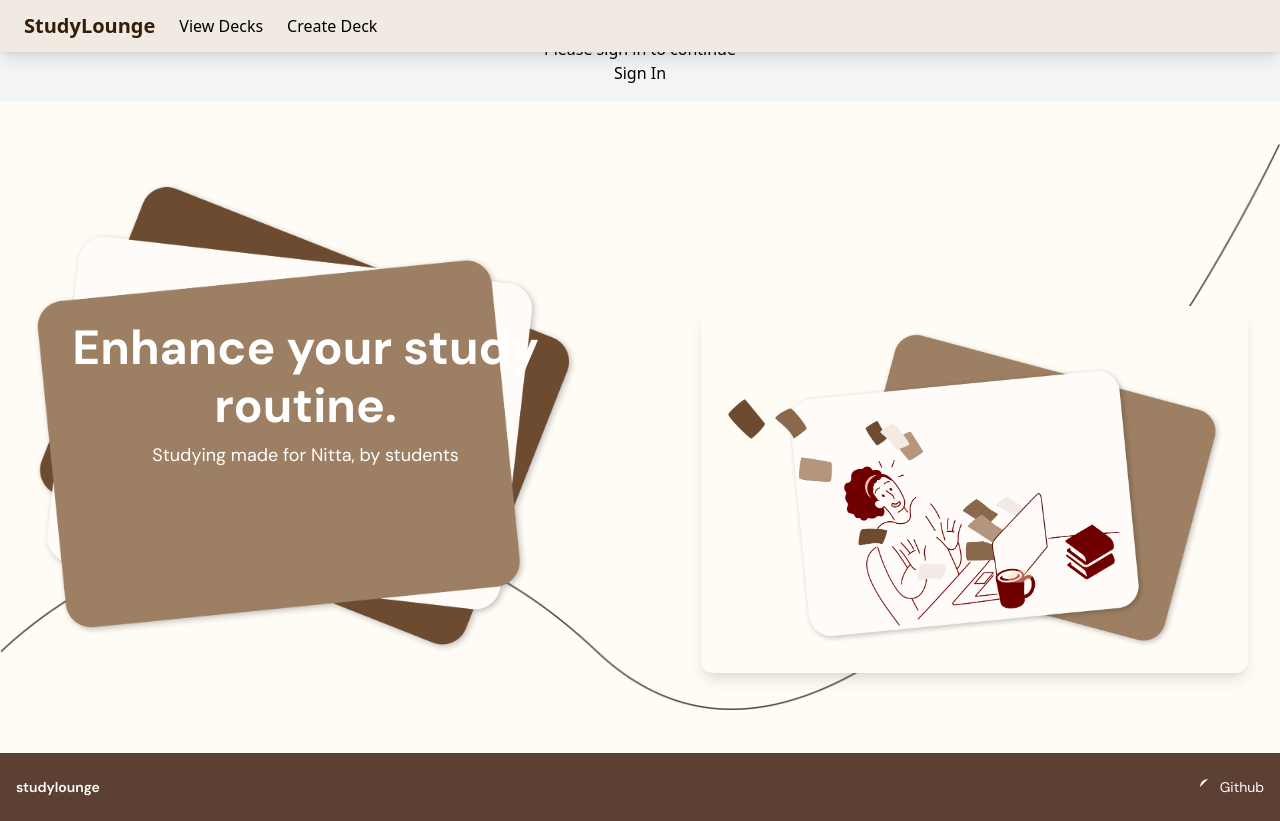
Repository: greg-chang/flashcard-website
Page: / (app in frontend/)
The author's editor kept a copy of each file at every save. The page is drawn from the files as they stood at one save, then again after the next save.
The browser window is 1280 px wide. The pictures show the whole page.
Pictures or frames that could not be fetched are drawn as grey boxes. The page's requests for data from a server got no answer. The project was rebuilt for these pictures with package versions that can differ from the ones it lists, and the page was loaded fresh each time. Some packages were replaced by stand-ins written for this rebuild. The framework's server and built-in components were replaced by stand-ins that run in the browser. No one was signed in, and anything a server would have sent is missing. Also part of the build but not shown: frontend/next.config.ts, frontend/src/components/CardComponent.tsx, frontend/src/components/Dashboard.tsx.

Above is the page before, as saved 2025-06-09 16:26:08.

After the next save:
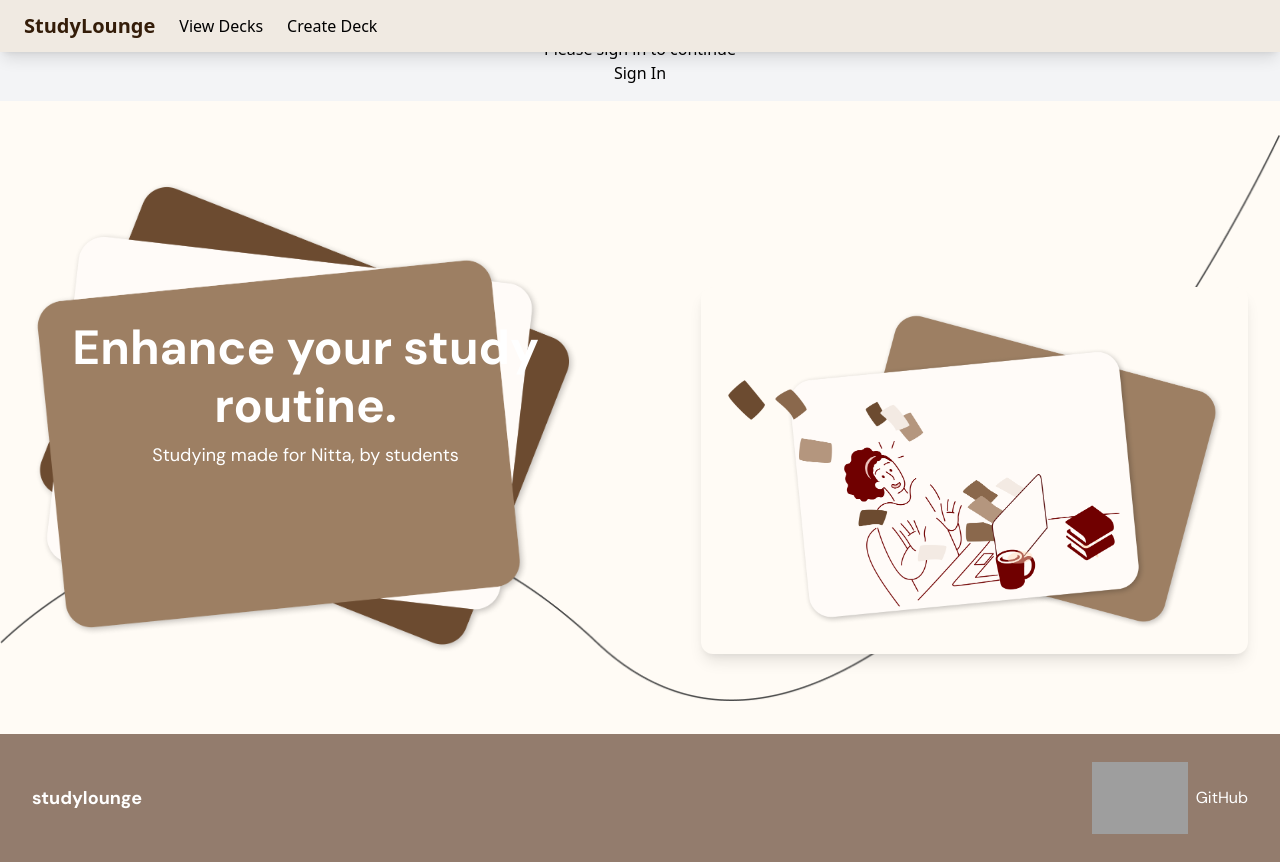
Saved 2 min 29 s later.
--- a/frontend/src/components/footer.tsx
+++ b/frontend/src/components/footer.tsx
@@ -1,21 +1,34 @@
 'use client';
 
-import React from 'react';
+import { Flex, Text, HStack, Image } from '@chakra-ui/react';
 import GithubLogo from '@/assets/Github Logo.png';
+
 export default function Footer() {
   return (
-    <footer className="w-full bg-[#5C4033] text-white text-sm py-6 px-4 flex justify-between items-center">
-      <span className="font-semibold">studylounge</span>
-      <a
-        href="https://github.com/greg-chang/flashcard-website"
-        target="_blank"
-        className="text-white hover:underline flex items-center gap-1"
-      >
-        <svg className="w-4 h-4 fill-current" viewBox="0 0 16 16">
-          <path d="M8 0C3.58 0 0 3.58 0 8c0 3.54..." />
-        </svg>
-        Github
-      </a>
-    </footer>
+    <Flex
+      as="footer"
+      bg="#937C6D"
+      color="white"
+      py={4}
+      px={8}
+      justify="space-between"
+      align="center"
+      mt="auto"
+      fontFamily="var(--font-dm-sans)"
+      zIndex="1"
+      position="relative"
+    >
+      <Text fontSize="lg" fontWeight="bold">studylounge</Text>
+      <HStack spacing={2}>
+        <Image
+          src={GithubLogo}
+          alt="GitHub Logo"
+          width={24}
+          height={24}
+          objectFit="contain"
+        />
+        <Text>GitHub</Text>
+      </HStack>
+    </Flex>
   );
 }
